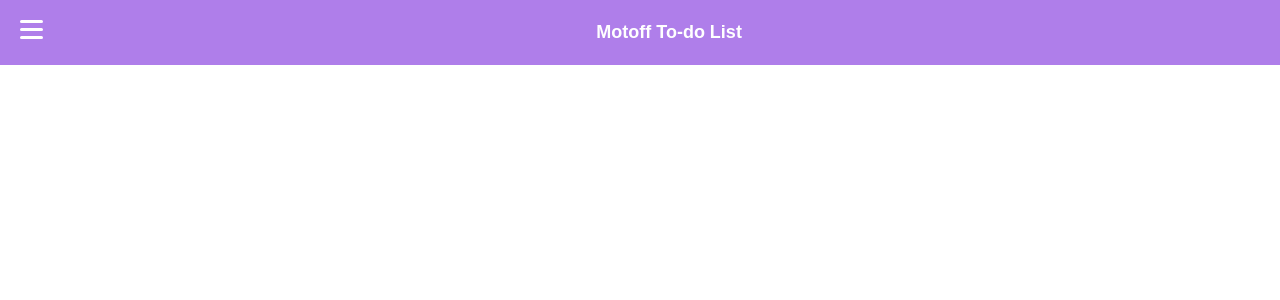
Repository: Amad-Mlinka/Todo-List-Vanilla-JS
Page: index.html
The author's editor kept a copy of each file at every save. The page is drawn from the files as they stood at one save, then again after the next save.
The browser window is 1280 px wide. The pictures show the whole page.

Above is the page before, as saved 2021-09-14 23:23:30.

### index.html
<!DOCTYPE html>
<html lang="en">
  <head>
    <meta charset="UTF-8" />
    <meta http-equiv="X-UA-Compatible" content="IE=edge" />
    <meta name="viewport" content="width=device-width, initial-scale=1.0" />
    <title>ToDo list</title>
    <link rel="stylesheet" href="/styles/style.css">
    <link rel="stylesheet" href="/styles/hamburger.css">
    <link rel="stylesheet" href="/styles/header.css">
    <script src="script.js"></script>
  </head>
  <body>
    <div class="headerContainer">
      <div class="header">
        <div class="hamburger" id="hamburger">
          <span></span>
          <span></span>
          <span></span>
        </div>
        <div class="titleContainer">
            <span class="title">Motoff To-do List</span>
        </div>
      </div>

      <div class="sidebar"></div>
    </div>
    <div class="container">
      <div class="listContainer">
        <div class="list"></div>
        <div class="addBtnContainer">
          <div class="addTaskBtn"></div>
        </div>
      </div>
    </div>
  </body>
</html>

### styles/hamburger.css

  .hamburger {
    width: 40px;
    height: 25px;
    position: relative;
    -webkit-transform: rotate(0deg);
    -moz-transform: rotate(0deg);
    -o-transform: rotate(0deg);
    transform: rotate(0deg);
    -webkit-transition: 0.5s ease-in-out;
    -moz-transition: 0.5s ease-in-out;
    -o-transition: 0.5s ease-in-out;
    transition: 0.5s ease-in-out;
    cursor: pointer;
    margin: 10px;
  }

  .hamburger span {
    display: block;
    position: absolute;
    height: 3px;
    width: 60%;
    background: white;
    border-radius: 9px;
    opacity: 1;
    left: 0;
    -webkit-transform: rotate(0deg);
    -moz-transform: rotate(0deg);
    -o-transform: rotate(0deg);
    transform: rotate(0deg);
    -webkit-transition: 0.25s ease-in-out;
    -moz-transition: 0.25s ease-in-out;
    -o-transition: 0.25s ease-in-out;
    transition: 0.25s ease-in-out;
  }


  .hamburger span:nth-child(1) {
  top: 0px;
  -webkit-transform-origin: left center;
  -moz-transform-origin: left center;
  -o-transform-origin: left center;
  transform-origin: left center;
  }

  .hamburger span:nth-child(2) {
  top: 8px;
  -webkit-transform-origin: left center;
  -moz-transform-origin: left center;
  -o-transform-origin: left center;
  transform-origin: left center;
  }

  .hamburger span:nth-child(3) {
  top: 16px;
  -webkit-transform-origin: left center;
  -moz-transform-origin: left center;
  -o-transform-origin: left center;
  transform-origin: left center;
  }

  .hamburger.open span:nth-child(1) {
  -webkit-transform: rotate(45deg);
  -moz-transform: rotate(45deg);
  -o-transform: rotate(45deg);
  transform: rotate(45deg);
  top: -3px;
  left: 4px;
  }

  .hamburger.open span:nth-child(2) {
  width: 0%;
  opacity: 0;
  }

  .hamburger.open span:nth-child(3) {
  -webkit-transform: rotate(-45deg);
  -moz-transform: rotate(-45deg);
  -o-transform: rotate(-45deg);
  transform: rotate(-45deg);
  top: 13px;
  left: 4px;
  }

### styles/header.css
.header{
    display: flex;
    flex-direction: row;
    justify-content:space-between;
    background-color:#af7eea;
    padding: 10px;
}
.titleContainer{
    width: 100%;
    display: flex;
}
.title{
    color: white;
    margin: auto;
    font-family: sans-serif;
    font-size:18px;
    font-weight: bolder;;
}

### script.js
document.addEventListener("DOMContentLoaded", function() {
    console.log("Loaded");
    const hamburger = document.getElementById("hamburger");
    console.log(hamburger)
    hamburger.addEventListener("click", function(){
        if(this.classList.contains("open")){
            this.classList.remove("open")
        }else{
            this.classList.add("open")
        }

    })
  });

Loaded but not shown: styles/style.css (common file)

After the next save:
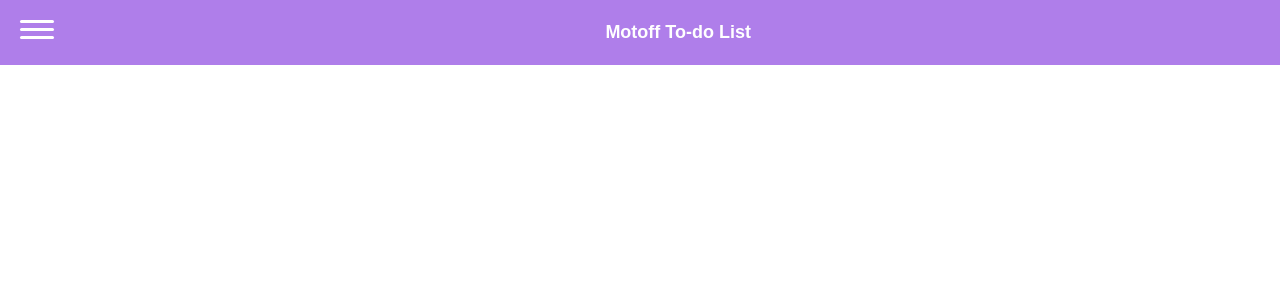
Saved 94 s later.
--- a/styles/hamburger.css
+++ b/styles/hamburger.css
@@ -1,6 +1,6 @@
 
   .hamburger {
-    width: 40px;
+    width: 60px;
     height: 25px;
     position: relative;
     -webkit-transform: rotate(0deg);
